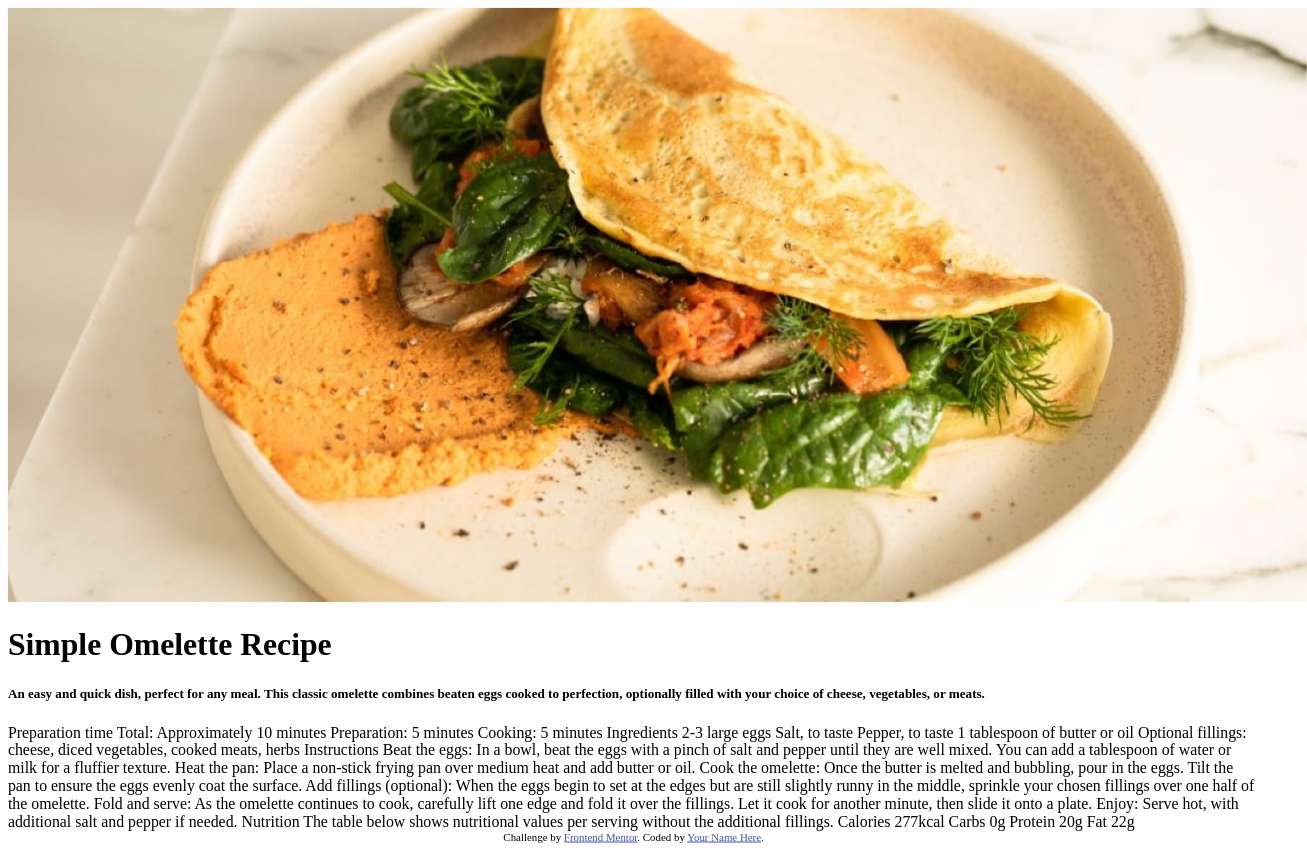
Repository: sodmaq/recipe-page-
Page: index.html
These files come from the project's save history. The page is drawn as it stood at one moment and after the next save; the edit follows.
The browser window is 1280 px wide. The page is 1320 px wide, so the pictures cover 1320 px, including what lies to the right of the window. The pictures show the whole page, at 99% of full size.

Above is the page before, as saved 2024-09-07 12:18:12.

### index.html
<!DOCTYPE html>
<html lang="en">
  <head>
    <meta charset="UTF-8" />
    <meta name="viewport" content="width=device-width, initial-scale=1.0" />
    <!-- displays site properly based on user's device -->

    <link
      rel="icon"
      type="image/png"
      sizes="32x32"
      href="./assets/images/favicon-32x32.png"
    />

    <title>Frontend Mentor | Recipe page</title>

    <!-- Feel free to remove these styles or customise in your own stylesheet 👍 -->
    <style>
      .attribution {
        font-size: 11px;
        text-align: center;
      }
      .attribution a {
        color: hsl(228, 45%, 44%);
      }
    </style>
  </head>
  <body>
    <img src="/assets/images/image-omelette.jpeg" alt="" />
    <h1>Simple Omelette Recipe</h1>
    <h5>
      An easy and quick dish, perfect for any meal. This classic omelette
      combines beaten eggs cooked to perfection, optionally filled with your
      choice of cheese, vegetables, or meats.
    </h5>

    Preparation time Total: Approximately 10 minutes Preparation: 5 minutes
    Cooking: 5 minutes Ingredients 2-3 large eggs Salt, to taste Pepper, to
    taste 1 tablespoon of butter or oil Optional fillings: cheese, diced
    vegetables, cooked meats, herbs Instructions Beat the eggs: In a bowl, beat
    the eggs with a pinch of salt and pepper until they are well mixed. You can
    add a tablespoon of water or milk for a fluffier texture. Heat the pan:
    Place a non-stick frying pan over medium heat and add butter or oil. Cook
    the omelette: Once the butter is melted and bubbling, pour in the eggs. Tilt
    the pan to ensure the eggs evenly coat the surface. Add fillings (optional):
    When the eggs begin to set at the edges but are still slightly runny in the
    middle, sprinkle your chosen fillings over one half of the omelette. Fold
    and serve: As the omelette continues to cook, carefully lift one edge and
    fold it over the fillings. Let it cook for another minute, then slide it
    onto a plate. Enjoy: Serve hot, with additional salt and pepper if needed.
    Nutrition The table below shows nutritional values per serving without the
    additional fillings. Calories 277kcal Carbs 0g Protein 20g Fat 22g

    <div class="attribution">
      Challenge by
      <a href="https://www.frontendmentor.io?ref=challenge" target="_blank"
        >Frontend Mentor</a
      >. Coded by <a href="#">Your Name Here</a>.
    </div>
  </body>
</html>

After the next save:
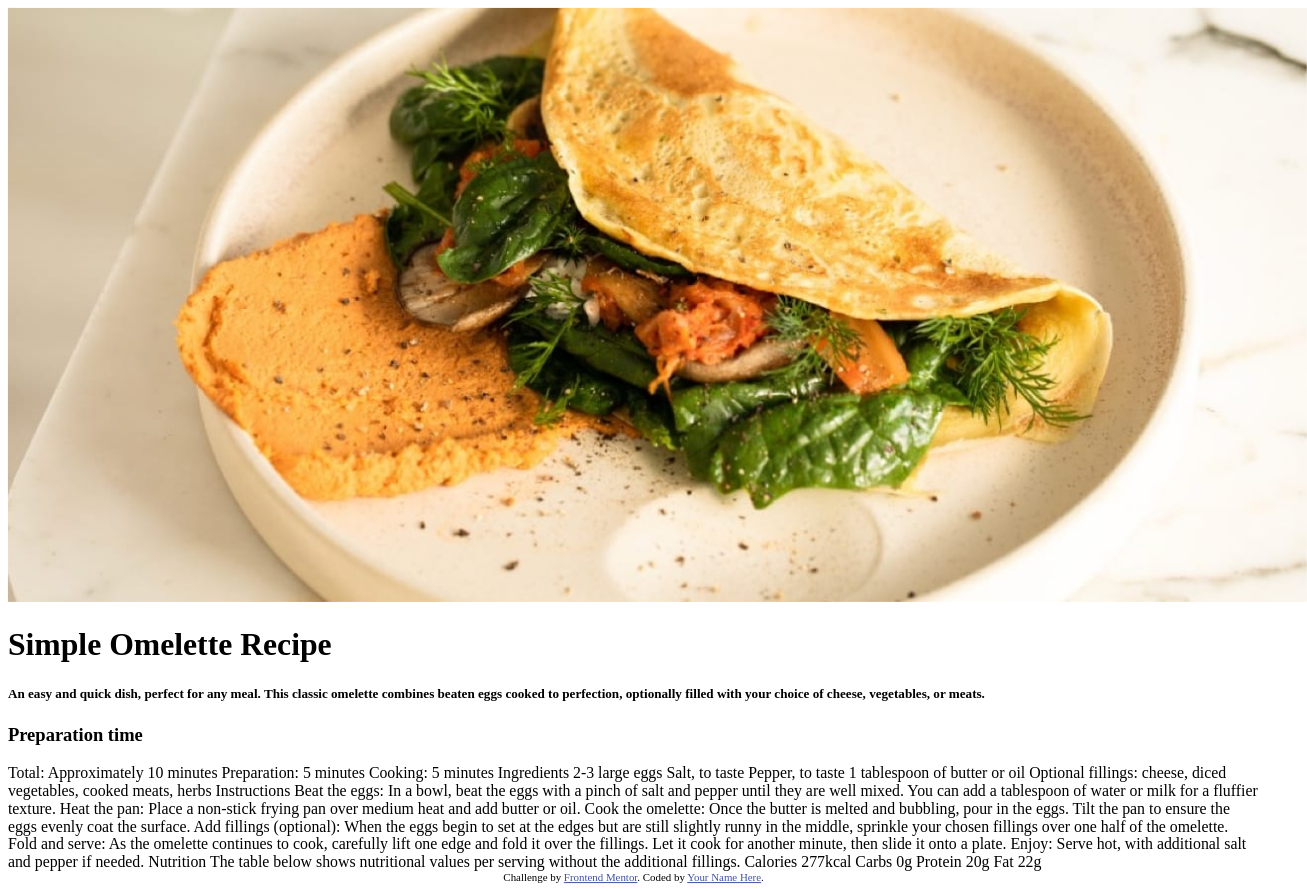
Saved 20 s later.
--- a/index.html
+++ b/index.html
@@ -33,23 +33,24 @@
       combines beaten eggs cooked to perfection, optionally filled with your
       choice of cheese, vegetables, or meats.
     </h5>
+    <h3>Preparation time</h3>
 
-    Preparation time Total: Approximately 10 minutes Preparation: 5 minutes
-    Cooking: 5 minutes Ingredients 2-3 large eggs Salt, to taste Pepper, to
-    taste 1 tablespoon of butter or oil Optional fillings: cheese, diced
-    vegetables, cooked meats, herbs Instructions Beat the eggs: In a bowl, beat
-    the eggs with a pinch of salt and pepper until they are well mixed. You can
-    add a tablespoon of water or milk for a fluffier texture. Heat the pan:
-    Place a non-stick frying pan over medium heat and add butter or oil. Cook
-    the omelette: Once the butter is melted and bubbling, pour in the eggs. Tilt
-    the pan to ensure the eggs evenly coat the surface. Add fillings (optional):
-    When the eggs begin to set at the edges but are still slightly runny in the
-    middle, sprinkle your chosen fillings over one half of the omelette. Fold
-    and serve: As the omelette continues to cook, carefully lift one edge and
-    fold it over the fillings. Let it cook for another minute, then slide it
-    onto a plate. Enjoy: Serve hot, with additional salt and pepper if needed.
-    Nutrition The table below shows nutritional values per serving without the
-    additional fillings. Calories 277kcal Carbs 0g Protein 20g Fat 22g
+    Total: Approximately 10 minutes Preparation: 5 minutes Cooking: 5 minutes
+    Ingredients 2-3 large eggs Salt, to taste Pepper, to taste 1 tablespoon of
+    butter or oil Optional fillings: cheese, diced vegetables, cooked meats,
+    herbs Instructions Beat the eggs: In a bowl, beat the eggs with a pinch of
+    salt and pepper until they are well mixed. You can add a tablespoon of water
+    or milk for a fluffier texture. Heat the pan: Place a non-stick frying pan
+    over medium heat and add butter or oil. Cook the omelette: Once the butter
+    is melted and bubbling, pour in the eggs. Tilt the pan to ensure the eggs
+    evenly coat the surface. Add fillings (optional): When the eggs begin to set
+    at the edges but are still slightly runny in the middle, sprinkle your
+    chosen fillings over one half of the omelette. Fold and serve: As the
+    omelette continues to cook, carefully lift one edge and fold it over the
+    fillings. Let it cook for another minute, then slide it onto a plate. Enjoy:
+    Serve hot, with additional salt and pepper if needed. Nutrition The table
+    below shows nutritional values per serving without the additional fillings.
+    Calories 277kcal Carbs 0g Protein 20g Fat 22g
 
     <div class="attribution">
       Challenge by
